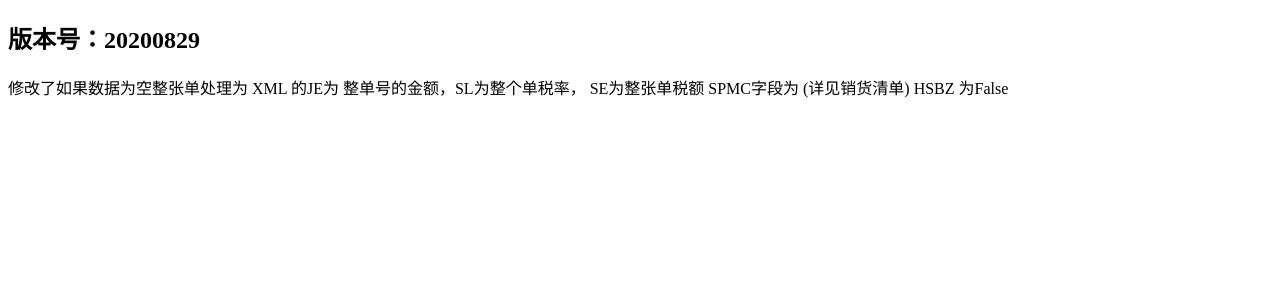
Repository: SFGuile/learnSpringapp
Page: http://localhost/demo/releasenote.jsp
These files come from the project's save history. The page is drawn as it stood at one moment and after the next save; the edit follows.
The browser window is 1280 px wide. The pictures show the whole page.
The page is served by Tomcat 9.

Above is the page before, as saved 2020-08-29 01:49:16.

After the next save:
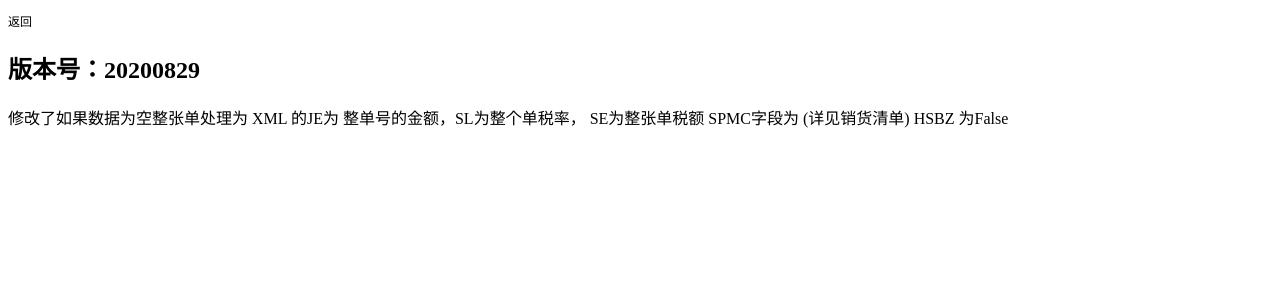
Saved 2 min 0 s later.
--- a/demo/src/main/webapp/releasenote.jsp
+++ b/demo/src/main/webapp/releasenote.jsp
@@ -7,6 +7,7 @@
 <title>版本修改日志</title>
 </head>
 <body>
+  <p style="font-size:12px;text-align: left;"/>返回
 <h2>版本号：20200829</h2>
 <p>修改了如果数据为空整张单处理为 XML 的JE为 整单号的金额，SL为整个单税率，	SE为整张单税额  SPMC字段为 (详见销货清单) HSBZ 为False</p>
 </body>
